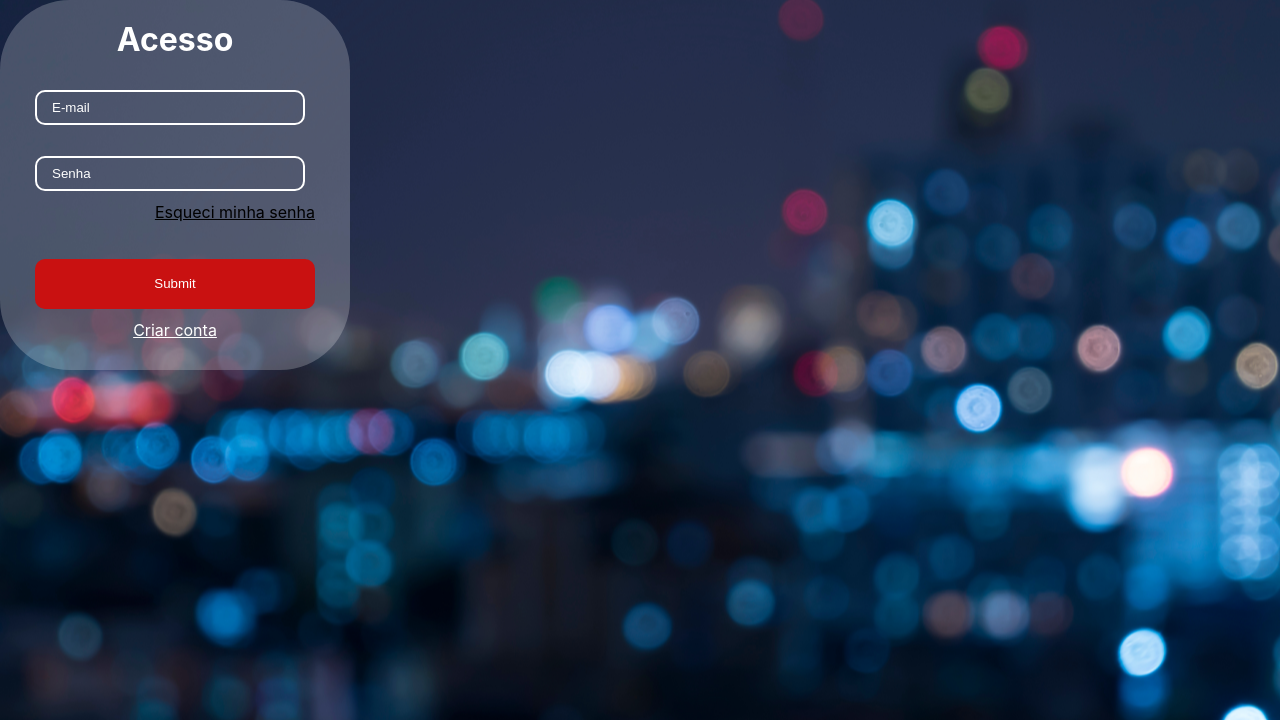
Repository: mateus-henrique-silva/Plataforma_videos_treinamento
Page: / (app in my-app/)
An editor plug-in stored every save of this project. The page is shown before and after a run of saves, followed by the edit.
The browser window is 1280 px wide. The pictures show the whole page.
The project was rebuilt for these pictures with package versions that can differ from the ones it lists, and the page was loaded fresh each time.

Above is the page before, as saved 2022-08-16 09:07:35.

### my-app/src/App.js
import logo from "./logo.svg";
import React from "react";
import "./App.css";
import Login from "./Pages/Login/Login"
import { BrowserRouter as Router, Routes, Route, Link } from "react-router-dom";

function App() {
  return (
    <div className="App">
      <Router>
        <Routes>
          <Route element={<Login />} path="/" />
        </Routes>
      </Router>
    </div>
  );
}

export default App;

### my-app/src/App.css
*{
  padding: 0;
  margin: 0;
  border:0;
}

### my-app/src/Pages/Login/Login.jsx
import React from "react";
import "./Login.css";
import FormLogin from '../../Components/formLogin/formLogin'

const Login = () => {
  return (
    <>
      <div className="backgound-one">
          <FormLogin/>
      </div>
    </>
  );
};

export default Login;

### my-app/src/Pages/Login/Login.css
.backgound-one{
    width:100vw;
    height:100vh;
    background: url("../../Assets//ImageBackground/Rectangle.png") fixed center no-repeat;
}

### my-app/src/Components/formLogin/formLogin.jsx
import React, { useState } from "react";
import "./formLogin.css";
import { BrowserRouter as Router, Routes, Route, Link } from "react-router-dom";

const FormLogin = () => {
  const [email, setEmail] = useState("");
  const [pass, setPass] = useState("");
  return (
    <div>
      <div className="box-login">
        <form className="formLogin">
          <h1>Acesso</h1>
          <input
            type="text"
            placeholder="E-mail"
            value={email}
            onChange={(e) => {
              setEmail(e.target.value);
            }}
          />
          <input
            type="password"
            placeholder="Senha"
            value={pass}
            onChange={(e) => {
              setPass(e.target.value);
            }}
          />
          <Link to="/">Esqueci minha senha</Link>
          <center>
            {" "}
            <input type="submit" />
          </center>
          <Link to="/">Criar conta</Link>
        </form>
      </div>
    </div>
  );
};

export default FormLogin;

### my-app/src/Components/formLogin/formLogin.css
.box-login {
  width: 350px;
  height: 370px;
  display: grid;
  background: rgba(255, 255, 255, 0.22);
  border-radius: 70px;
  justify-content: center;
  align-items: center;
}

.box-login .formLogin input[type="text"], [type="password"] {
  width: 270px;
  height: 35px;
  margin-bottom: 0;
  bottom: 0;
  margin-top: -10px;
  box-sizing: border-box;
  border: 2px solid #ffffff;
  border-radius: 10px;
  padding-left: 15px;
 background:transparent;
 color: #ffffff;
}
.box-login .formLogin input::placeholder {
    color: #ffffff;
  }
.box-login .formLogin {
  height: 100%;
  width: 350px;
  color: #ffffff;
  justify-content: center;
  align-items: center;
  display: grid;
}
.box-login .formLogin a{
    color: black;
    margin-top: -40px;
    display:flex;
    justify-content:flex-end;
}

.box-login .formLogin a:last-child{
    color: white;
    margin-top: -40px;
    display:flex;
    justify-content:center;
}

.box-login .formLogin h1 {
    text-align: center;
  }
.box-login .formLogin input[type="submit"] {
    width: 280px;
    height: 50px;
    margin-bottom: 0;
    bottom: 0;
    margin-top:-50px;
    box-sizing: border-box;
    cursor: pointer;
    border-radius: 10px;

    background: #C91111;
   color: #ffffff;
  }

Loaded but not shown: my-app/public/index.html (common file); my-app/src/index.js (common file); my-app/src/index.css (common file); my-app/src/reportWebVitals.js (common file)

After the next 2 saves:
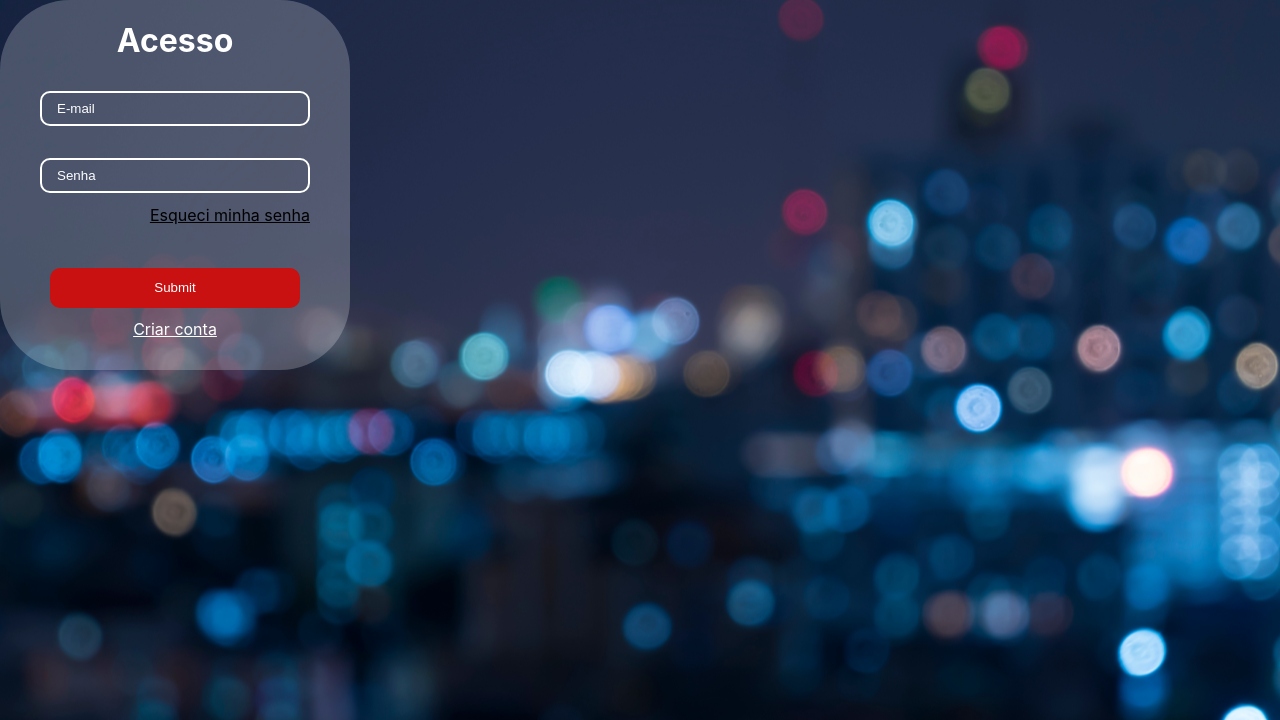
The 2 saves are shown as one change because they came seconds apart.
The last was saved 10 s later.
--- a/my-app/src/Components/formLogin/formLogin.css
+++ b/my-app/src/Components/formLogin/formLogin.css
@@ -50,8 +50,8 @@
     text-align: center;
   }
 .box-login .formLogin input[type="submit"] {
-    width: 280px;
-    height: 50px;
+    width: 250px;
+    height: 40px;
     margin-bottom: 0;
     bottom: 0;
     margin-top:-50px;
